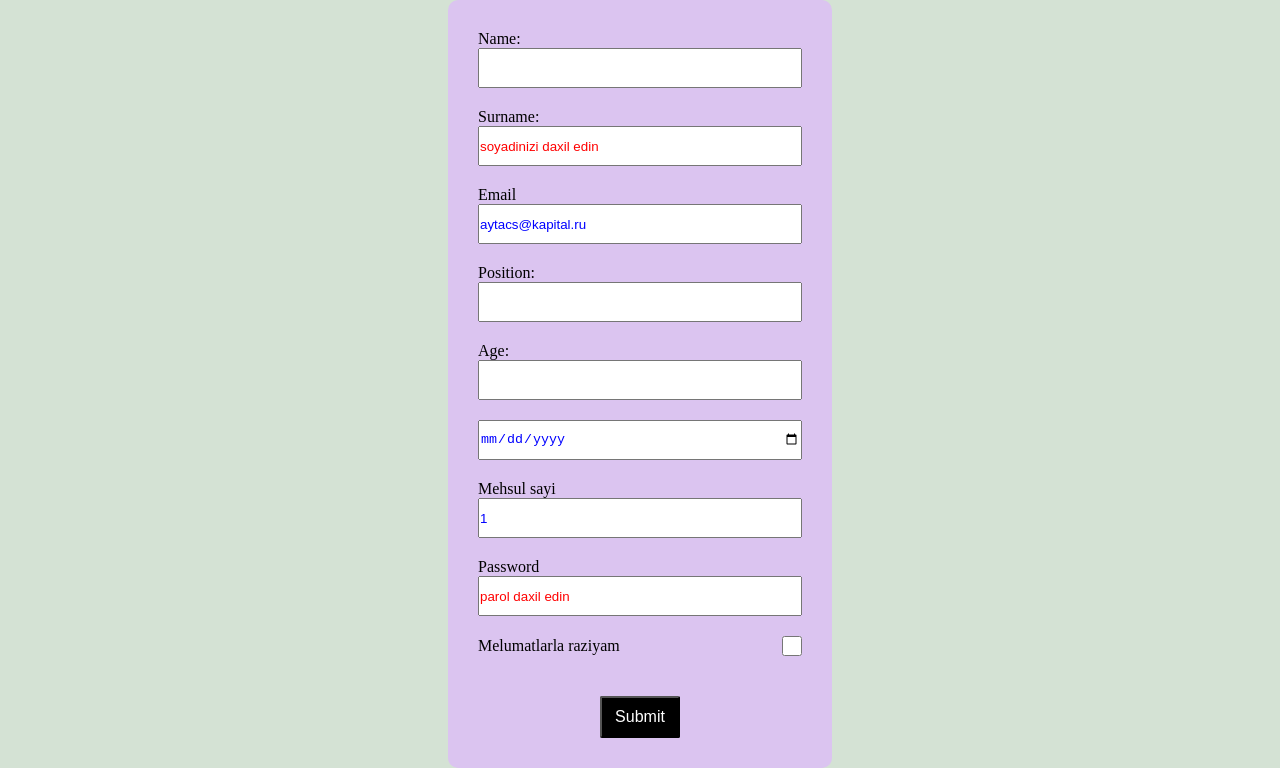
Repository: AytacSafarova/Form-lesson
Page: index.html
These files come from the project's save history. The page is drawn as it stood at one moment and after a run of saves; the edit follows.
The browser window is 1280 px wide. The pictures show the whole page.

Above is the page before, as saved 2023-08-29 14:54:10.

After the next 2 saves:
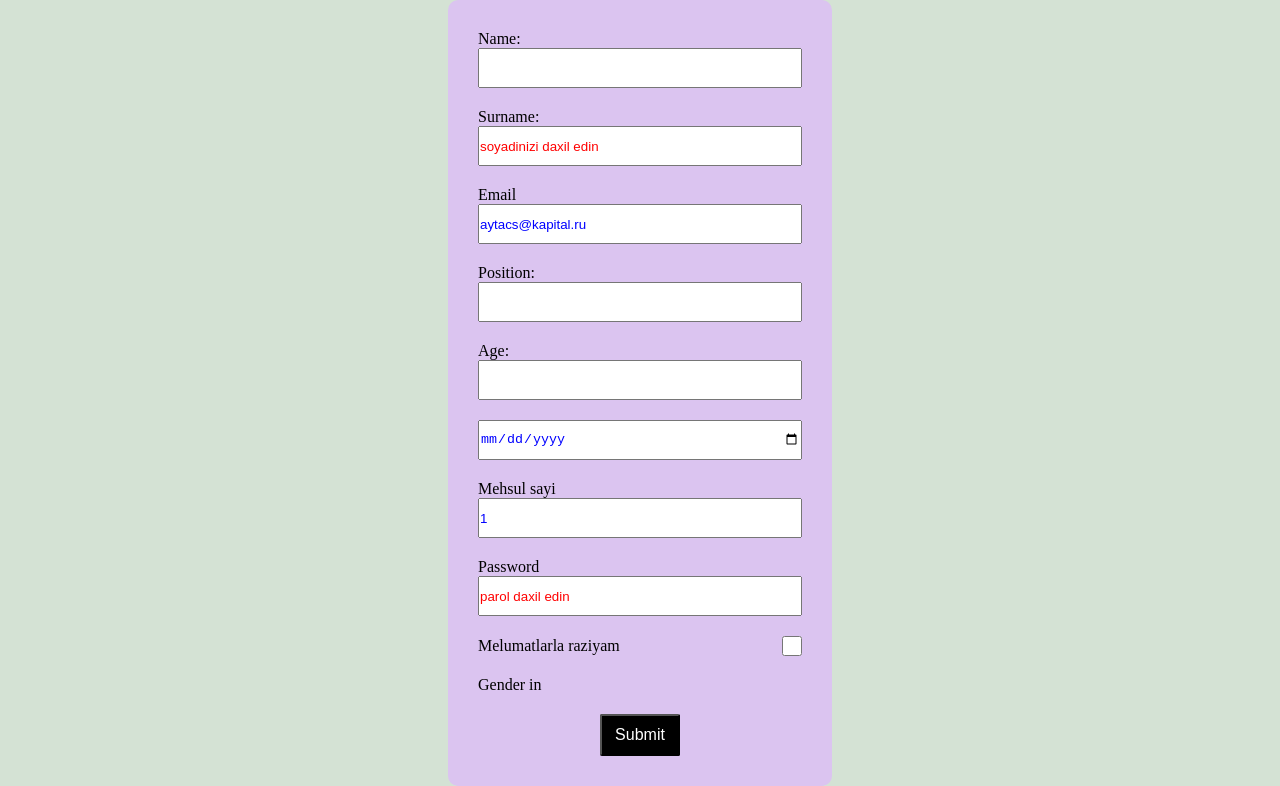
The 2 saves are shown as one change because they came seconds apart.
The last was saved 7 s later.
--- a/index.html
+++ b/index.html
@@ -53,7 +53,9 @@
             Melumatlarla raziyam
             <input type="checkbox">
         </label>
-        <label for=""></label>
+        <label for="">Gender
+            in
+        </label>
         <button type="submit">Submit</button>
       </form>
     </div>
